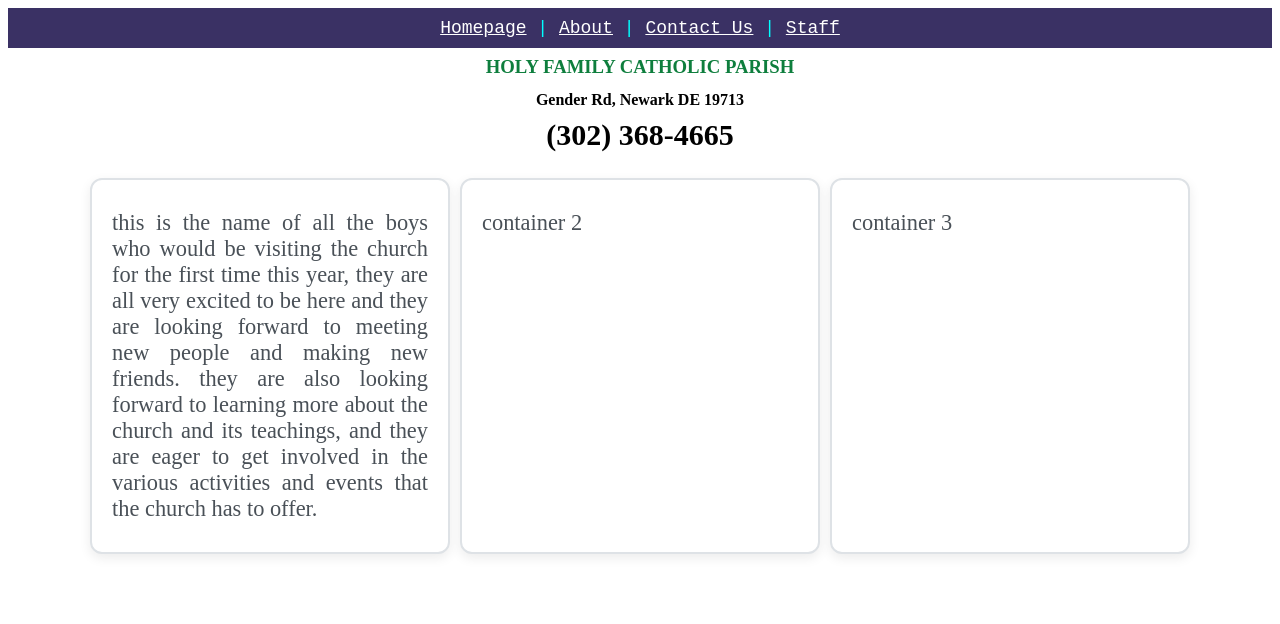
Repository: ficotims/HTML-RESTART
Page: Homepage.html
An editor plug-in stored every save of this project. The page is shown before and after the next save, followed by the edit.
The browser window is 1280 px wide. The pictures show the whole page.

Above is the page before, as saved 2026-02-10 22:58:59.

After the next save:
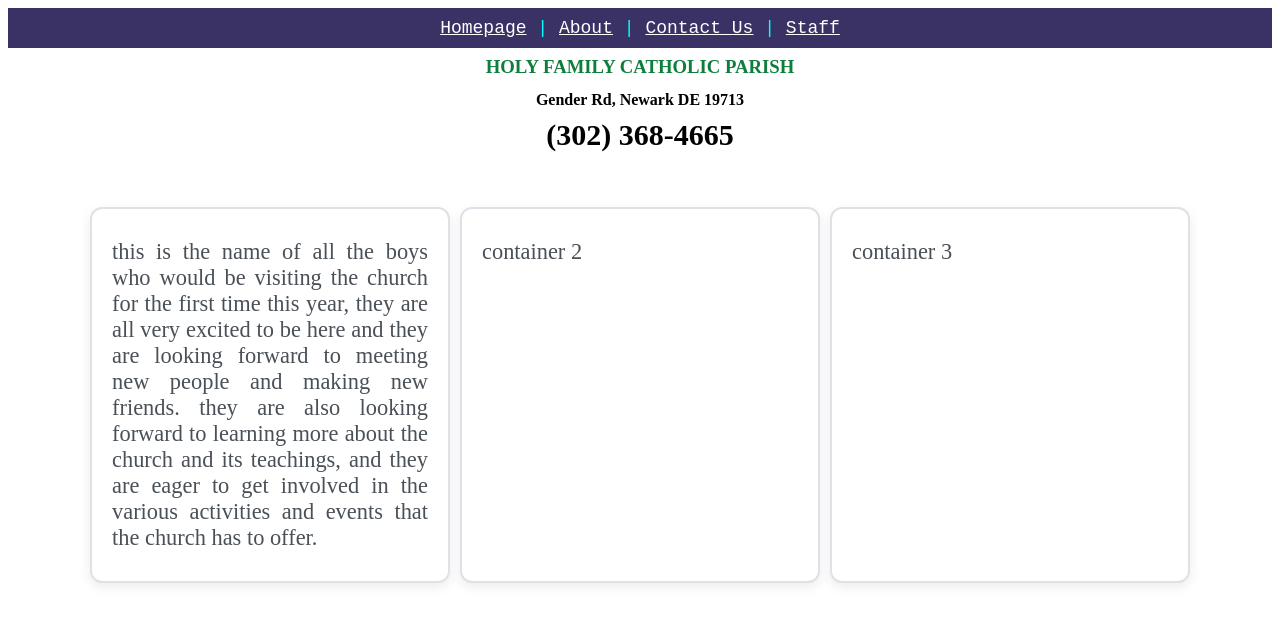
Saved 93 s later.
--- a/Style 1.css
+++ b/Style 1.css
@@ -5,7 +5,7 @@ margin: 50px;}
 
 .container {
   max-width: 1100px;
-  margin: 0 auto;
+  margin: 50px auto;
 
   display: flex;              /* ← this is the magic line */
   gap: 10px;                  /* space between boxes */
